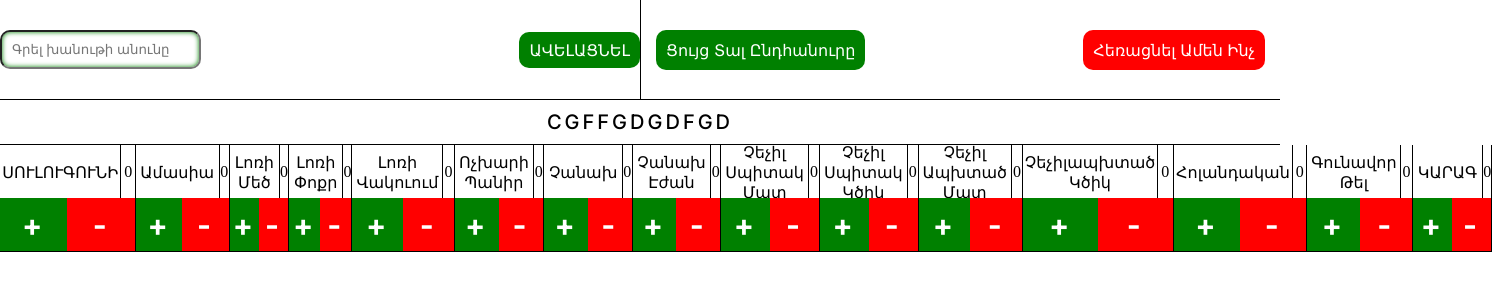
Repository: AbApin/amasia
Page: /
An editor plug-in stored every save of this project. The page is shown before and after the next save, followed by the edit.
The browser window is 1280 px wide. The page is 1492 px wide, so the pictures cover 1492 px, including what lies to the right of the window. The pictures show the whole page.
The project was rebuilt for these pictures with package versions that can differ from the ones it lists, and the page was loaded fresh each time. Also part of the build but not shown: vue.config.js.

Above is the page before, as saved 2023-02-03 11:53:21.

### public/index.html
<!DOCTYPE html>
<html lang="">
  <head>
    <meta charset="utf-8" />
    <meta http-equiv="X-UA-Compatible" content="IE=edge" />
    <meta name="viewport" content="width=device-width,initial-scale=1.0" />
    <link rel="icon" href="<%= BASE_URL %>favicon.ico" />
    <title><%= htmlWebpackPlugin.options.title %></title>
    <link
      href="https://fonts.googleapis.com/css?family=Inter:100,200,300,regular,500,600,700,800,900"
      rel="stylesheet"
    />
  </head>
  <body>
    <noscript>
      <strong
        >We're sorry but <%= htmlWebpackPlugin.options.title %> doesn't work properly without
        JavaScript enabled. Please enable it to continue.</strong
      >
    </noscript>
    <div id="app"></div>
    <!-- built files will be auto injected -->
  </body>
</html>

### src/main.js
import Vue from 'vue';
import App from './App.vue';
import store from './store';
store.subscribe((mutation, state) => {
  localStorage.setItem('xanutner', JSON.stringify(state.xanutner));
  localStorage.setItem('datarkXanutner', JSON.stringify(state.isEmpty));
});
Vue.config.productionTip = false;

new Vue({
  store,
  render: (h) => h(App),
}).$mount('#app');

### src/App.vue
<template>
  <div id="app">
    <div class="header">
      <div class="avelacnelXanut">
        <input type="text" class="avelacnelInput" placeholder="Գրել խանութի անունը">
        <button class="avelacnelBtn">Ավելացնել</button>
      </div>
      <div class="cuycTal">
        <button class="cuycTalBtn" @click="isClick = true">ցույց տալ ընդհանուրը</button>
        <button class="heracnelBtn" @click="REMOVEALL">հեռացնել ամեն ինչ</button>
      </div>
      <div v-show="isClick" class="endhanurQanak">
        <button @click="isClick = false" class="closeBtn">X</button>
        <div class="endhanurQanakInner" :class="!ISEMPTY ? 'ovAuto' : ''">
          <p v-if="ISEMPTY" class="noProducts">Ոչ մի ապրանք</p>
          <ul class="endhanurQanakiList">
            <li
              v-for="xanutiAnun in Object.keys(ZAKAZNER)"
              :key="xanutiAnun"
              class="endhanurQanakiListItem"
            >
              <p class="endhanurQanakiListItemXanutiAnun">{{ xanutiAnun }}</p>
              <ul class="endhanurApranqneriList">
                <li
                  v-for="endhanurApranq in ZAKAZNER[xanutiAnun]"
                  :key="endhanurApranq.anun"
                  class="endhanurApranqneriListItem"
                >
                  <p class="endhanurApranqneriListItemAnun">{{ endhanurApranq.anun }}</p>
                  <p class="endhanurApranqneriListItemQanak">{{ endhanurApranq.qanak }}</p>
                </li>
              </ul>
            </li>
          </ul>
        </div>
      </div>
    </div>
    <div class="content">
      <ul class="contentList">
        <li v-for="xanutiAnun in Object.keys(XANUTNER)" :key="xanutiAnun" class="contentItem">
          <p class="xanutiAnun">{{ xanutiAnun }}</p>
          <ul class="apranqneriList">
            <li
              v-for="(apranq, apranqiHamar) in XANUTNER[xanutiAnun]"
              :key="apranqiHamar"
              class="apranqneriListItem"
            >
              <div class="apranqiText">
                <p class="apranqiAnun">{{ apranq.anun }}</p>
                <p class="apranqiQanak">{{ apranq.qanak }}</p>
              </div>
              <div class="apranqiAvelPakas">
                <button class="plus apranqiBtn" @click="AVELACNEL({ xanutiAnun, apranqiHamar })">
                  +
                </button>
                <button class="minus apranqiBtn" @click="PAKASACNEL({ xanutiAnun, apranqiHamar })">
                  -
                </button>
              </div>
            </li>
          </ul>
        </li>
      </ul>
    </div>
  </div>
</template>

<script>
import { mapGetters, mapMutations } from 'vuex';
export default {
  name: 'App',
  components: {},
  data() {
    return {
      isClick: false,
    };
  },
  beforeMount() {
    this.INITIAL();
  },
  methods: {
    ...mapMutations(['AVELACNEL', 'PAKASACNEL', 'INITIAL', 'REMOVEALL']),
  },
  computed: {
    ...mapGetters(['XANUTNER', 'ZAKAZNER', 'ISEMPTY']),
  },
};
</script>

<style>
@import './app.css';
</style>

### src/store/index.js
import Vuex from 'vuex';
import Vue from 'vue';

Vue.use(Vuex);

const store = new Vuex.Store({
  state: {
    xanutner: {
      cgffgdgdfgd: [
        { anun: 'ՍՈՒԼՈՒԳՈՒՆԻ', qanak: 0 },
        { anun: 'Ամասիա', qanak: 0 },
        { anun: 'Լոռի մեծ', qanak: 0 },
        { anun: 'Լոռի փոքր', qanak: 0 },
        { anun: 'Լոռի վակուում', qanak: 0 },
        { anun: 'Ոչխարի Պանիր', qanak: 0 },
        { anun: 'Չանախ', qanak: 0 },
        { anun: 'Չանախ էժան', qanak: 0 },
        { anun: 'Չեչիլ սպիտակ մատ', qanak: 0 },
        { anun: 'Չեչիլ սպիտակ կծիկ', qanak: 0 },
        { anun: 'Չեչիլ ապխտած մատ', qanak: 0 },
        { anun: 'Չեչիլապխտած կծիկ', qanak: 0 },
        { anun: 'Հոլանդական', qanak: 0 },
        { anun: 'Գունավոր Թել', qanak: 0 },
        { anun: 'ԿԱՐԱԳ', qanak: 0 },
      ],
    },
    isEmpty: true,
  },
  mutations: {
    AVELACNEL(state, payload) {
      state.xanutner[payload.xanutiAnun][payload.apranqiHamar].qanak += 1;
    },
    PAKASACNEL(state, payload) {
      let qanak = state.xanutner[payload.xanutiAnun][payload.apranqiHamar].qanak;
      if (qanak >= 1) {
        state.xanutner[payload.xanutiAnun][payload.apranqiHamar].qanak -= 1;
      }
      console.log(state.$getters.ZAKAZNER);
    },
    INITIAL(state) {
      if (localStorage.getItem('xanutner')) {
        state.xanutner = JSON.parse(localStorage.xanutner);
      } else if (localStorage.getItem('datarkXanutner')) {
        state.isEmpty = JSON.parse(localStorage.datarkXanutner);
      }
    },
    REMOVEALL(state) {
      Object.keys(state.xanutner).forEach((xanut) => {
        state.xanutner[xanut].map((el) => {
          el.qanak = 0;
        });
      });
      state.isEmpty = true;
    },
  },
  getters: {
    XANUTNER(state) {
      localStorage.setItem('key', JSON.stringify(state));
      return state.xanutner;
    },
    ZAKAZNER(state) {
      let zakazner = {};
      Object.keys(state.xanutner).forEach((xanut) => {
        zakazner[xanut] = state.xanutner[xanut].filter(function (el) {
          return el.qanak > 0;
        });
        if (zakazner[xanut].length === 0) {
          delete zakazner[xanut];
        }
      });
      Object.keys(zakazner).forEach((zakaz) => {
        if (zakazner[zakaz].length === 0) {
          state.isEmpty = true;
        } else {
          state.isEmpty = false;
        }
      });

      return zakazner;
    },
    ISEMPTY(state) {
      return state.isEmpty;
    },
  },
});

export default store;

### src/app.css
*,
*::after,
*::before {
  margin: 0;
  padding: 0;
  box-sizing: border-box;
}
ul {
  list-style: none;
}
#app {
  display: flex;
  flex-direction: column;
  min-height: 100vh;
}
.header {
  display: flex;
  justify-content: space-between;
  width: 100%;
  height: 100px;
  border-bottom: 1px solid #000;
}
.avelacnelXanut {
  display: flex;
  justify-content: space-between;
  width: 50%;
  gap: 20px;
  align-items: center;
}
.avelacnelBtn {
  font-family: 'Inter';
  font-size: 16px;
  line-height: 1;
  text-transform: uppercase;
  border: none;
  padding: 10px;
  background: green;
  color: #fff;
  border-radius: 10px;
}
.avelacnelInput {
  padding: 10px;
  border-radius: 10px;
  outline: none;
  box-shadow: inset 0 0 5px green;
}
.contentList {
  display: flex;
  flex-direction: column;
}
.contentItem {
  display: flex;
  flex-direction: column;
  justify-content: space-between;
}
.xanutiAnun {
  display: flex;
  align-items: center;
  justify-content: center;
  width: 100%;
  font-family: 'Inter';
  font-size: 20px;
  font-weight: 500;
  letter-spacing: 3px;
  word-wrap: break-word;
  padding: 10px;
  border: 1px solid #000;
  border-top: 0;
  border-left: 0;
  border-right: 0;
  text-transform: uppercase;
}
.apranqneriList {
  width: 100%;
  display: flex;
  justify-content: space-between;
}
.apranqneriListItem {
  display: flex;
  flex-direction: column;
  flex: 1 1 0;
  border: 1px solid #000;
  border-top: 0;
  border-left: 0;
}
.apranqiText {
  display: flex;
  justify-content: space-between;
  align-items: center;
  height: 50%;
}
.apranqiAnun {
  display: flex;
  align-items: center;
  justify-content: center;
  font-family: 'Inter';
  font-size: 16px;
  font-weight: 500;
  word-wrap: break-word;
  text-align: center;
  width: 90%;
  border-right: 1px solid #000;
  height: 100%;
  padding: 5px;
  text-transform: capitalize;
}
.apranqiQanak {
  display: flex;
  justify-content: center;
  align-items: center;
  width: 40%;
  height: 100%;
}
.apranqiAvelPakas {
  display: flex;
  justify-content: space-between;
  width: 100%;
  height: 50%;
}
.apranqiBtn {
  display: inline-flex;
  justify-content: center;
  align-items: center;
  font-family: 'Inter';
  font-size: 30px;
  font-weight: 700;
  letter-spacing: 3px;
  border: none;
  color: #fff;
  width: 50%;
  cursor: pointer;
}
.plus {
  background: green;
}
.minus {
  background: red;
}
.cuycTal {
  width: 50%;
  display: flex;
  align-items: center;
  justify-content: space-between;
  gap: 10px;
  padding: 15px;
  border-left: 1px solid #000;
}
.heracnelBtn,
.cuycTalBtn {
  display: inline-block;
  font-family: 'Inter';
  font-size: 16px;
  padding: 10px;
  border-radius: 10px;
  border: none;
  color: #fff;
  text-transform: capitalize;
  cursor: pointer;
  transition: all 0.3s linear;
}
.heracnelBtn {
  background: red;
}
.cuycTalBtn {
  background: green;
}

/* endahnur */
.endhanurQanak {
  display: flex;
  justify-content: center;
  align-items: center;
  position: fixed;
  z-index: 999;
  top: 0;
  left: 0;
  width: 100%;
  height: 100%;
  background-color: rgba(0, 0, 0, 0.7);
}
.endhanurQanakInner {
  width: 90%;
  height: 90%;
  background: #fff;
  box-shadow: 0 0 10px #fff;
  border-radius: 20px;
}
.ovAuto {
  overflow: auto;
}
.endhanurQanakiList {
  display: flex;
  flex-direction: column;
  justify-content: space-between;
  height: 100%;
}
.endhanurQanakiListItem {
  display: flex;
  align-items: center;
  flex: 1 1 0;
  border-bottom: 1px solid #000;
}
.endhanurQanakiListItem:last-child {
  border-bottom: none;
}
.endhanurQanakiListItemXanutiAnun {
  border-right: 1px solid #000;
  width: 10%;
  display: flex;
  align-items: center;
  justify-content: center;
  height: 100%;
  font-family: 'Inter';
  font-size: 18px;
  letter-spacing: 1px;
  text-transform: capitalize;
}
.endhanurApranqneriList {
  height: 100%;
  width: 90%;
  display: flex;
  flex-direction: column;
  justify-content: space-between;
  overflow: auto;
}
.endhanurApranqneriListItem {
  display: flex;
  gap: 10px;
  flex: 1 1 0;
  align-items: center;
  justify-content: flex-start;
  padding: 10px;
  border-bottom: 1px solid #000;
}
.endhanurApranqneriListItem:last-child {
  border-bottom: none;
}
.endhanurApranqneriListItemQanak {
  color: red;
  font-size: 25px;
  font-family: 'Inter';
  font-weight: 700;
}
.endhanurApranqneriListItemAnun {
  font-weight: bold;
  font-size: 20px;
}
.noProducts {
  display: flex;
  justify-content: center;
  align-items: center;
  font-size: 2rem;
  font-family: 'Inter';
  font-style: italic;
  font-weight: 700;
  width: 100%;
  height: 100%;
  padding: 20px;
}
.closeBtn {
  display: inline-block;
  color: #fff;
  font-size: 25px;
  position: absolute;
  right: 15px;
  top: 5px;
  background: transparent;
  border: none;
  cursor: pointer;
}

@media screen and (max-width: 767px) {
  .header {
    flex-direction: column-reverse;
    height: 150px;
  }
  .avelacnelXanut {
    padding: 20px;
    height: 50%;
    width: 100%;
  }
  .cuycTal {
    width: 100%;
    height: 50%;
    gap: 5px;
    padding: 10px;
    border: 0;
    border-bottom: 1px solid #000;
  }
  .apranqneriList {
    overflow: auto;
  }
  .apranqneriListItem {
    min-width: 200px;
  }
  .endhanurQanakiListItemXanutiAnun {
    width: 50%;
    letter-spacing: 0;
    font-size: 16px;
    padding: 5px;
  }
}

After the next save:
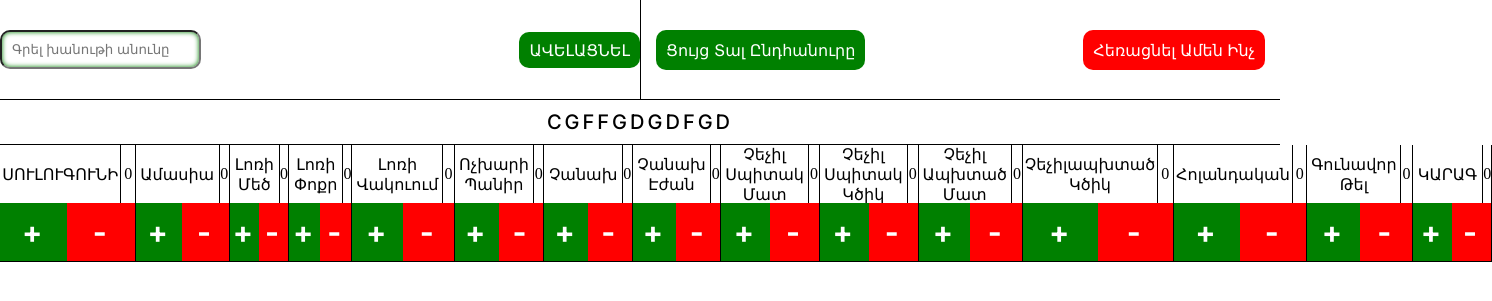
Saved 68 s later.
--- a/src/app.css
+++ b/src/app.css
@@ -101,7 +101,7 @@ ul {
   width: 90%;
   border-right: 1px solid #000;
   height: 100%;
-  padding: 5px;
+  padding: 10px 5px;
   text-transform: capitalize;
 }
 .apranqiQanak {
